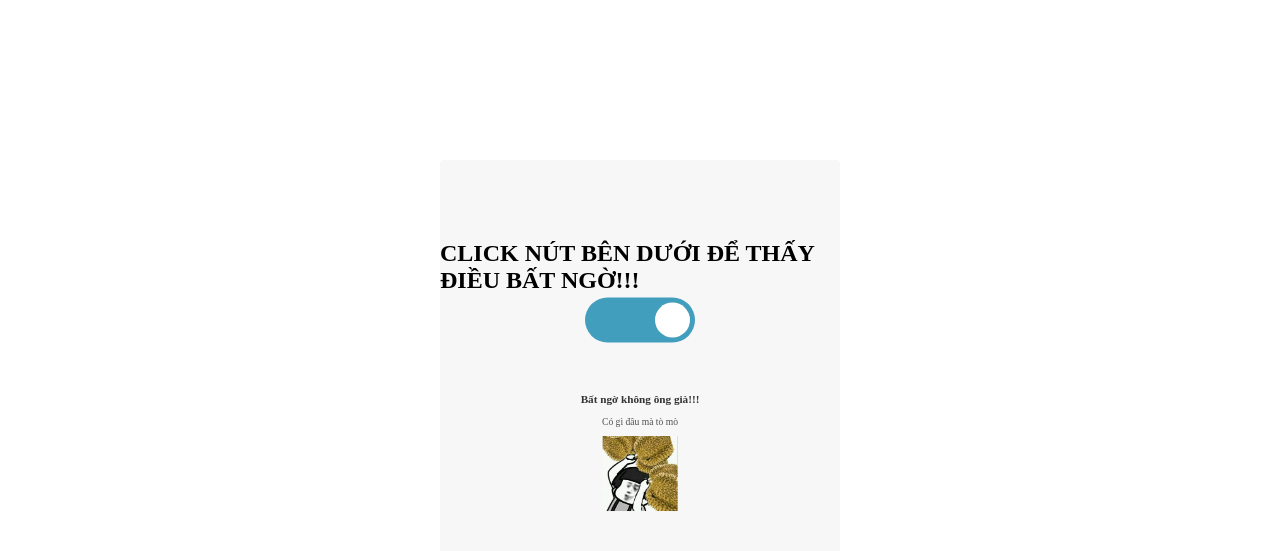
Repository: haokiet2501/troll-my-react
Page: /, after clicking the first element matching `div.toggle-center`
An editor plug-in stored every save of this project. The page is shown before and after the next save, followed by the edit.
The browser window is 1280 px wide. The pictures show the whole page.
The project was rebuilt for these pictures with package versions that can differ from the ones it lists, and the page was loaded fresh each time.

Above is the page before, as saved 2022-07-30 23:44:22.

After the next save:
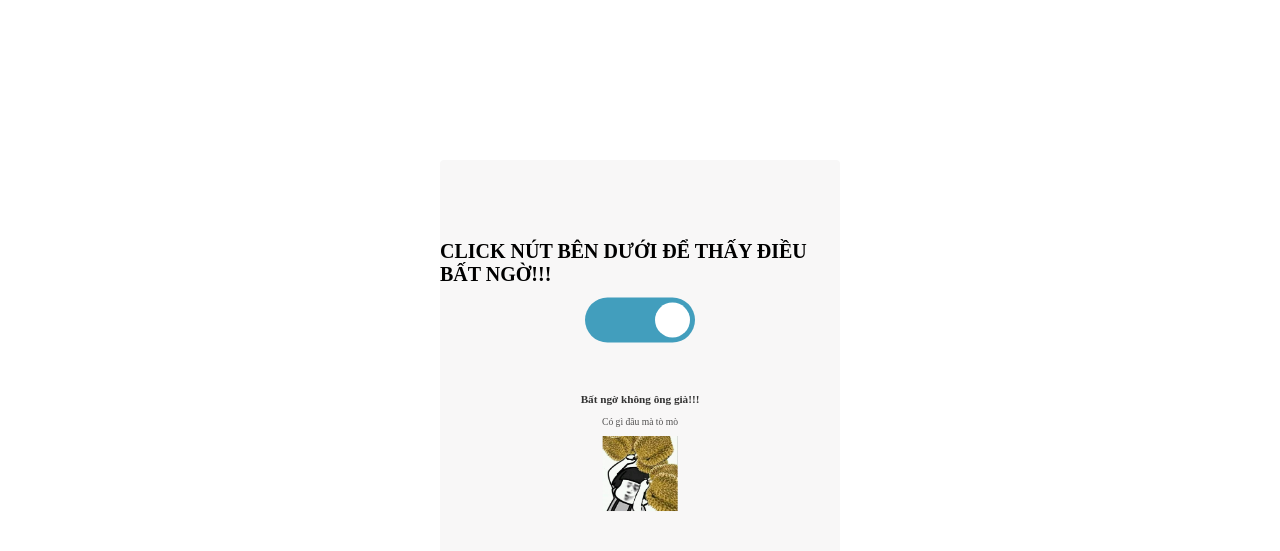
Saved 4 s later.
--- a/src/index.css
+++ b/src/index.css
@@ -154,7 +154,7 @@ p {
   }
 
   .toggle-title {
-    font-size: 1.5rem;
+    font-size: 1.25rem;
   }
 
   h3 {
